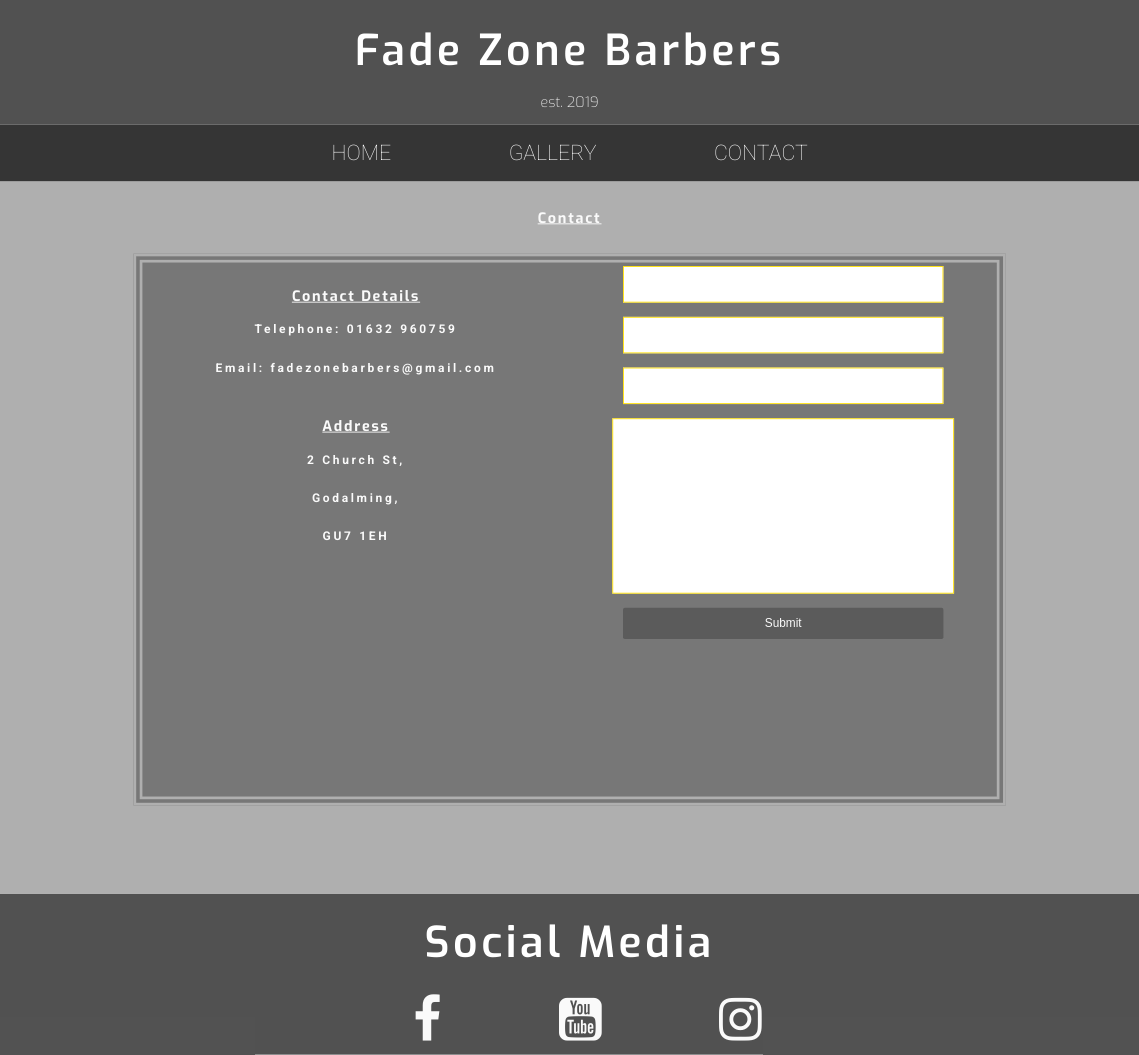
Repository: Boofy360/fade-zone-barbers
Page: contact.html
The author's editor kept a record of every edit. The page is drawn from the files as they stood at one moment, then again after the next edit.
The browser window is 1280 px wide. The pictures show the whole page, at 89% of full size.

Above is the page before.

After the next edit:
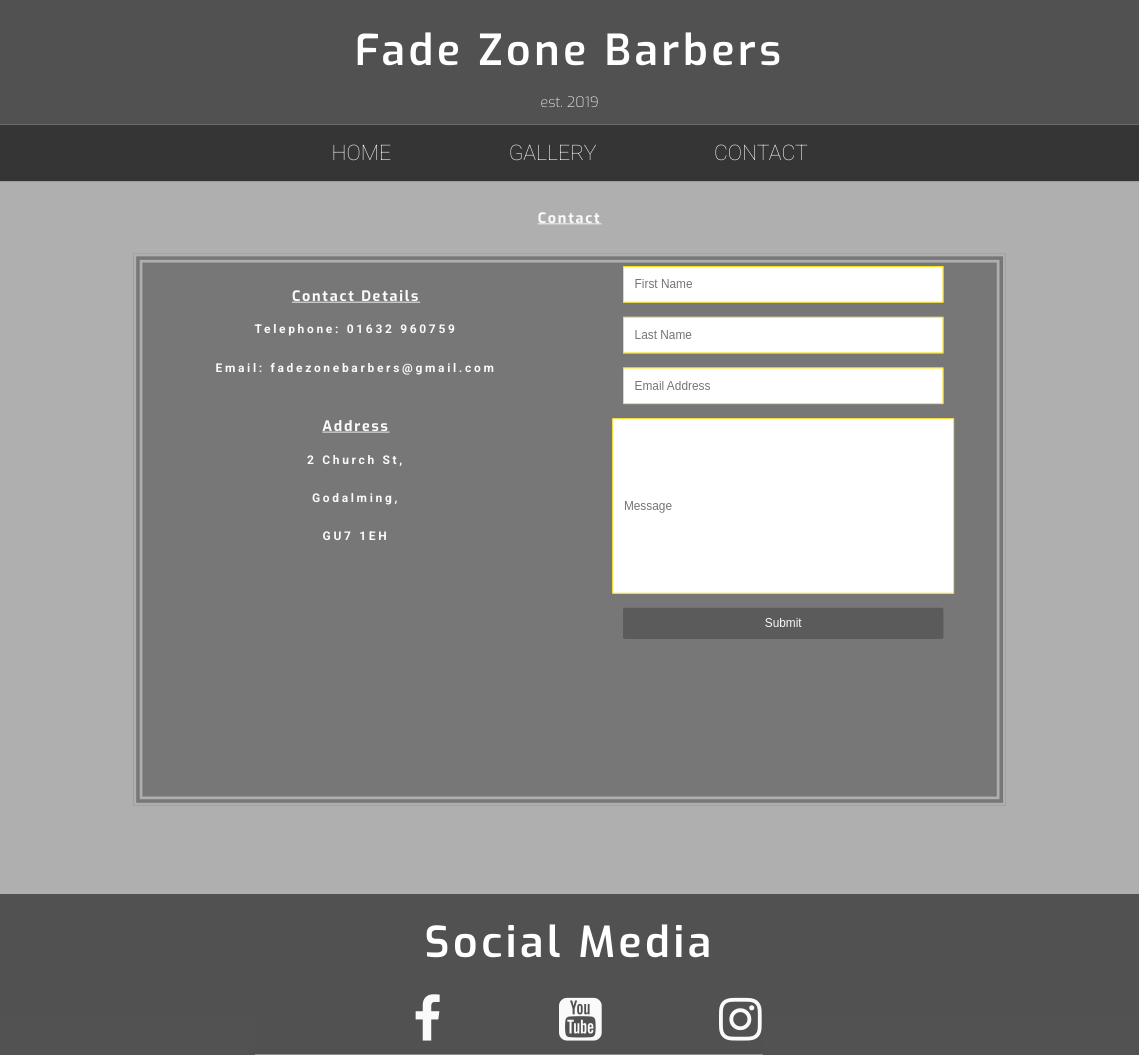
The edit:
--- a/contact.html
+++ b/contact.html
@@ -45,11 +45,11 @@
                 <p>GU7 1EH</p>
             </div>
             <div id="right-contact">
-                <form>
-                    <input type="text" name="firstname"/>
-                    <input type="text" name="lastname"/>
-                    <input type="text" name="email"/>
-                    <input type="text" name="message"/>
+                <form action="" target="_self" method="post">
+                    <input type="text" name="firstname" placeholder="First Name"/>
+                    <input type="text" name="lastname" placeholder="Last Name"/>
+                    <input type="text" name="email" placeholder="Email Address"/>
+                    <input type="text" name="message" placeholder="Message"/>
                     <input type="submit" value="Submit"/>
                 </form>
             </div>
